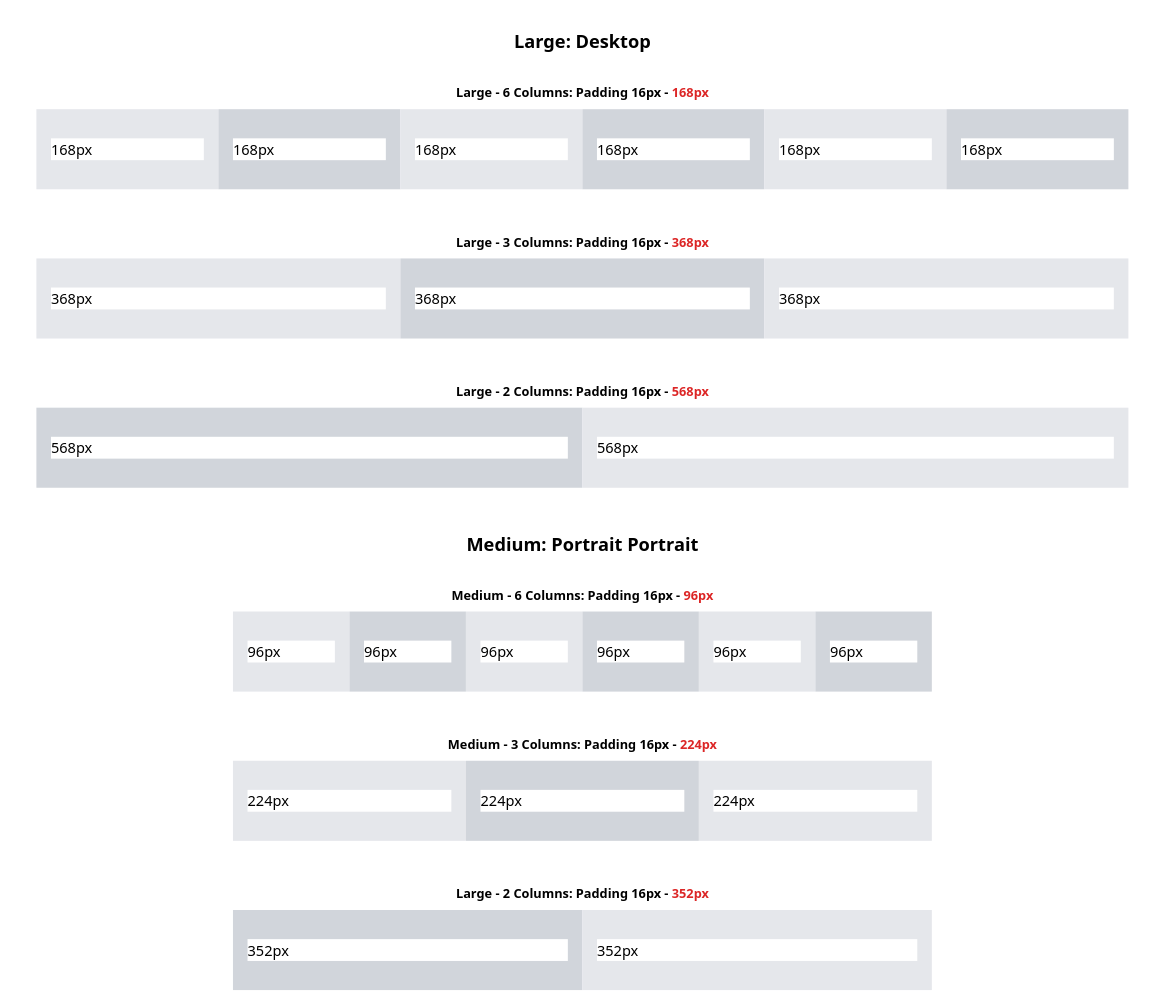
Repository: fabianwurk/vue-tailwind
Page: /
An editor plug-in stored every save of this project. The page is shown before and after the next save, followed by the edit.
The browser window is 1280 px wide. The pictures show the whole page, at 91% of full size.
The project was rebuilt for these pictures with package versions that can differ from the ones it lists, and the page was loaded fresh each time. Also part of the build but not shown: vite.config.js.

Above is the page before, as saved 2021-03-16 00:32:02.

### src/App.vue
<template>
  <Large />
  <Medium />
</template>

<script setup>
import Large from './components/Large.vue';
import Medium from './components/Medium.vue';

</script>

### src/components/Large.vue
<template>
  <div>
  <h1 class="text-xl font-bold mb-2 mt-8 text-center">Large: Desktop</h1>
  <div class="container mx-auto">
    <h2 class="text-sm font-bold mb-2 mt-8 text-center">Large - 6 Columns: Padding 16px - <span class="text-red-600">{{ sixCol }}</span></h2>
    <div class="flex items-center">
      <div class="w-1/6 bg-gray-200 mb-4 mt-0 py-8 px-4">
        <span class="bg-white w-full block">{{ sixCol }}</span>
      </div>
      <div class="w-1/6 bg-gray-300 mb-4 mt-0 py-8 px-4">
        <span class="bg-white w-full block">{{ sixCol }}</span>
      </div>
      <div class="w-1/6 bg-gray-200 mb-4 mt-0 py-8 px-4">
        <span class="bg-white w-full block">{{ sixCol }}</span>
      </div>
      <div class="w-1/6 bg-gray-300 mb-4 mt-0 py-8 px-4">
        <span class="bg-white w-full block">{{ sixCol }}</span>
      </div>
      <div class="w-1/6 bg-gray-200 mb-4 mt-0 py-8 px-4">
        <span class="bg-white w-full block">{{ sixCol }}</span>
      </div>
      <div class="w-1/6 bg-gray-300 mb-4 mt-0 py-8 px-4">
        <span class="bg-white w-full block">{{ sixCol }}</span>
      </div>
    </div>
  </div>

  <div class="container mx-auto">
    <h2 class="text-sm font-bold mb-2 mt-8 text-center">Large - 3 Columns: Padding 16px - <span class="text-red-600">{{ threeCol }}</span></h2>
    <div class="flex items-center">
      <div class="w-1/3 bg-gray-200 mb-4 mt-0 py-8 px-4">
        <span class="bg-white w-full block">{{ threeCol }}</span>
      </div>
      <div class="w-1/3 bg-gray-300 mb-4 mt-0 py-8 px-4">
        <span class="bg-white w-full block">{{ threeCol }}</span>
      </div>
      <div class="w-1/3 bg-gray-200 mb-4 mt-0 py-8 px-4">
        <span class="bg-white w-full block">{{ threeCol }}</span>
      </div>
    </div>
  </div>

  <div class="container mx-auto">
    <h2 class="text-sm font-bold mb-2 mt-8 text-center">Large - 2 Columns: Padding 16px - <span class="text-red-600">{{ twoCol }}</span></h2>
    <div class="flex items-center">
      <div class="w-1/2 bg-gray-300 mb-4 mt-0 py-8 px-4">
        <span class="bg-white w-full block">{{ twoCol }}</span>
      </div>
      <div class="w-1/2 bg-gray-200 mb-4 mt-0 py-8 px-4">
        <span class="bg-white w-full block">{{ twoCol }}</span>
      </div>
    </div>
  </div>

  </div>
</template>

<script>
export default {
  data() {
    return {
      sixCol: "168px",
      threeCol: "368px",
      twoCol: "568px",
    };
  },
}
</script>

### src/components/Medium.vue
<template>
  <div>
  <h1 class="text-xl font-bold mb-2 mt-8 text-center">Medium: Portrait Portrait</h1>
  <div class="max-w-3xl mx-auto">
    <h2 class="text-sm font-bold mb-2 mt-8 text-center">Medium - 6 Columns: Padding 16px - <span class="text-red-600">{{ sixColMd }}</span></h2>
    <div class="flex items-center">
      <div class="w-1/6 bg-gray-200 mb-4 mt-0 py-8 px-4">
        <span class="bg-white w-full block">{{ sixColMd }}</span>
      </div>
      <div class="w-1/6 bg-gray-300 mb-4 mt-0 py-8 px-4">
        <span class="bg-white w-full block">{{ sixColMd }}</span>
      </div>
      <div class="w-1/6 bg-gray-200 mb-4 mt-0 py-8 px-4">
        <span class="bg-white w-full block">{{ sixColMd }}</span>
      </div>
      <div class="w-1/6 bg-gray-300 mb-4 mt-0 py-8 px-4">
        <span class="bg-white w-full block">{{ sixColMd }}</span>
      </div>
      <div class="w-1/6 bg-gray-200 mb-4 mt-0 py-8 px-4">
        <span class="bg-white w-full block">{{ sixColMd }}</span>
      </div>
      <div class="w-1/6 bg-gray-300 mb-4 mt-0 py-8 px-4">
        <span class="bg-white w-full block">{{ sixColMd }}</span>
      </div>
    </div>
  </div>

  <div class="max-w-3xl mx-auto">
    <h2 class="text-sm font-bold mb-2 mt-8 text-center">Medium - 3 Columns: Padding 16px - <span class="text-red-600">{{ threeColMd }}</span></h2>
    <div class="flex items-center">
      <div class="w-1/3 bg-gray-200 mb-4 mt-0 py-8 px-4">
        <span class="bg-white w-full block">{{ threeColMd }}</span>
      </div>
      <div class="w-1/3 bg-gray-300 mb-4 mt-0 py-8 px-4">
        <span class="bg-white w-full block">{{ threeColMd }}</span>
      </div>
      <div class="w-1/3 bg-gray-200 mb-4 mt-0 py-8 px-4">
        <span class="bg-white w-full block">{{ threeColMd }}</span>
      </div>
    </div>
  </div>

  <div class="max-w-3xl mx-auto">
    <h2 class="text-sm font-bold mb-2 mt-8 text-center">Large - 2 Columns: Padding 16px - <span class="text-red-600">{{ twoColMd }}</span></h2>
    <div class="flex items-center">
      <div class="w-1/2 bg-gray-300 mb-4 mt-0 py-8 px-4">
        <span class="bg-white w-full block">{{ twoColMd }}</span>
      </div>
      <div class="w-1/2 bg-gray-200 mb-4 mt-0 py-8 px-4">
        <span class="bg-white w-full block">{{ twoColMd }}</span>
      </div>
    </div>
  </div>

  </div>
</template>

<script>
export default {
  data() {
    return {
      sixColMd: "96px",
      threeColMd: "224px",
      twoColMd: "352px",
    };
  },
}
</script>

### tailwind.config.js
module.exports = {
  purge: ['./index.html', './src/**/*.{vue,js,ts,jsx,tsx}'],
  darkMode: false, // or 'media' or 'class'
  theme: {
    extend: {
      container: {
        'md': {'max': '768px'},
      },
      screens: {
        'xl': {'min': '1200px', 'max': '1280px'},
        '2xl': {'max': '1280px'},
      },
    },
  },
  variants: {
    extend: {},
  },
  plugins: [],
}

Loaded but not shown: index.html (common file); src/main.js (common file); src/index.css (common file)

After the next save:
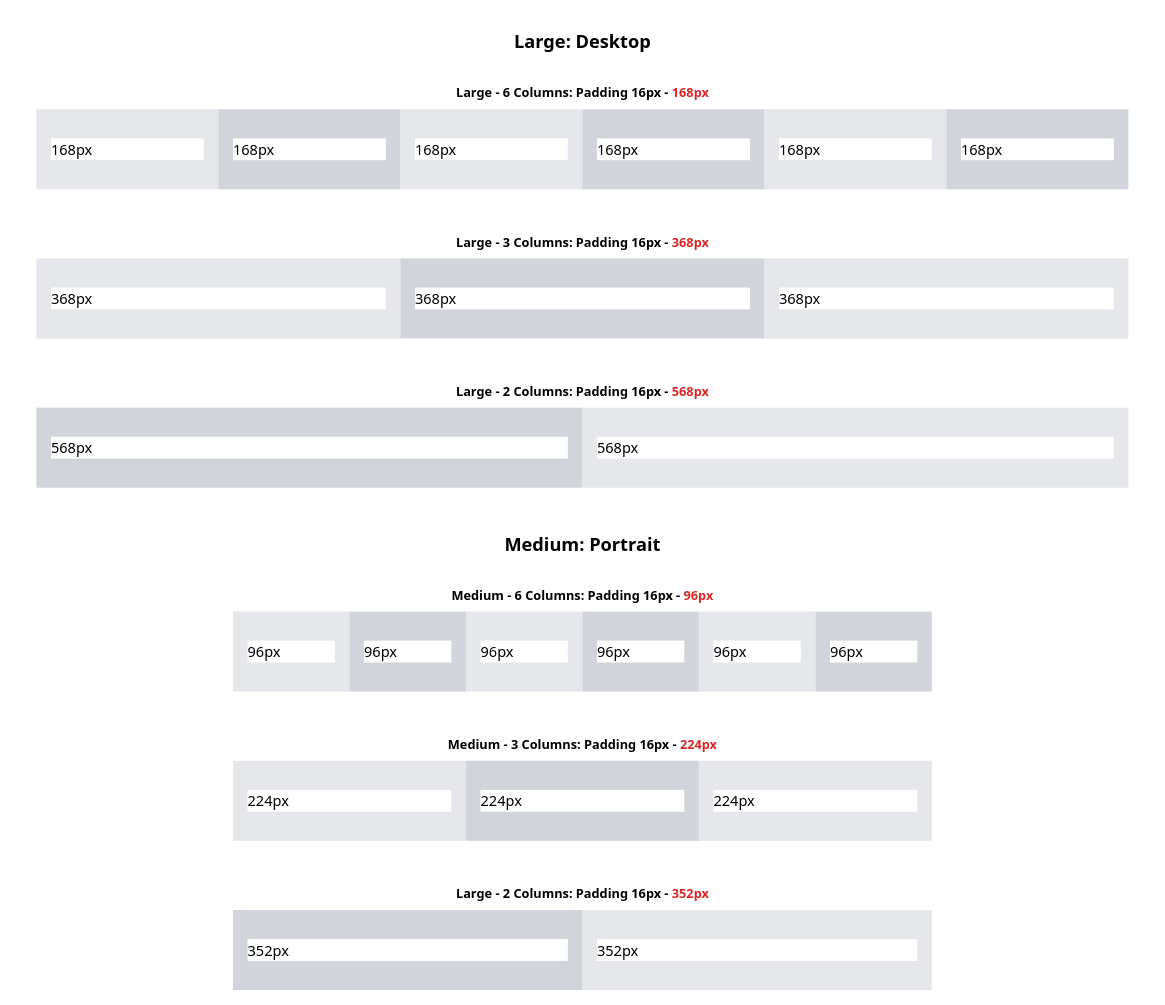
Saved 3 min 32 s later.
--- a/src/components/Medium.vue
+++ b/src/components/Medium.vue
@@ -1,6 +1,6 @@
 <template>
   <div>
-  <h1 class="text-xl font-bold mb-2 mt-8 text-center">Medium: Portrait Portrait</h1>
+  <h1 class="text-xl font-bold mb-2 mt-8 text-center">Medium: Portrait</h1>
   <div class="max-w-3xl mx-auto">
     <h2 class="text-sm font-bold mb-2 mt-8 text-center">Medium - 6 Columns: Padding 16px - <span class="text-red-600">{{ sixColMd }}</span></h2>
     <div class="flex items-center">
